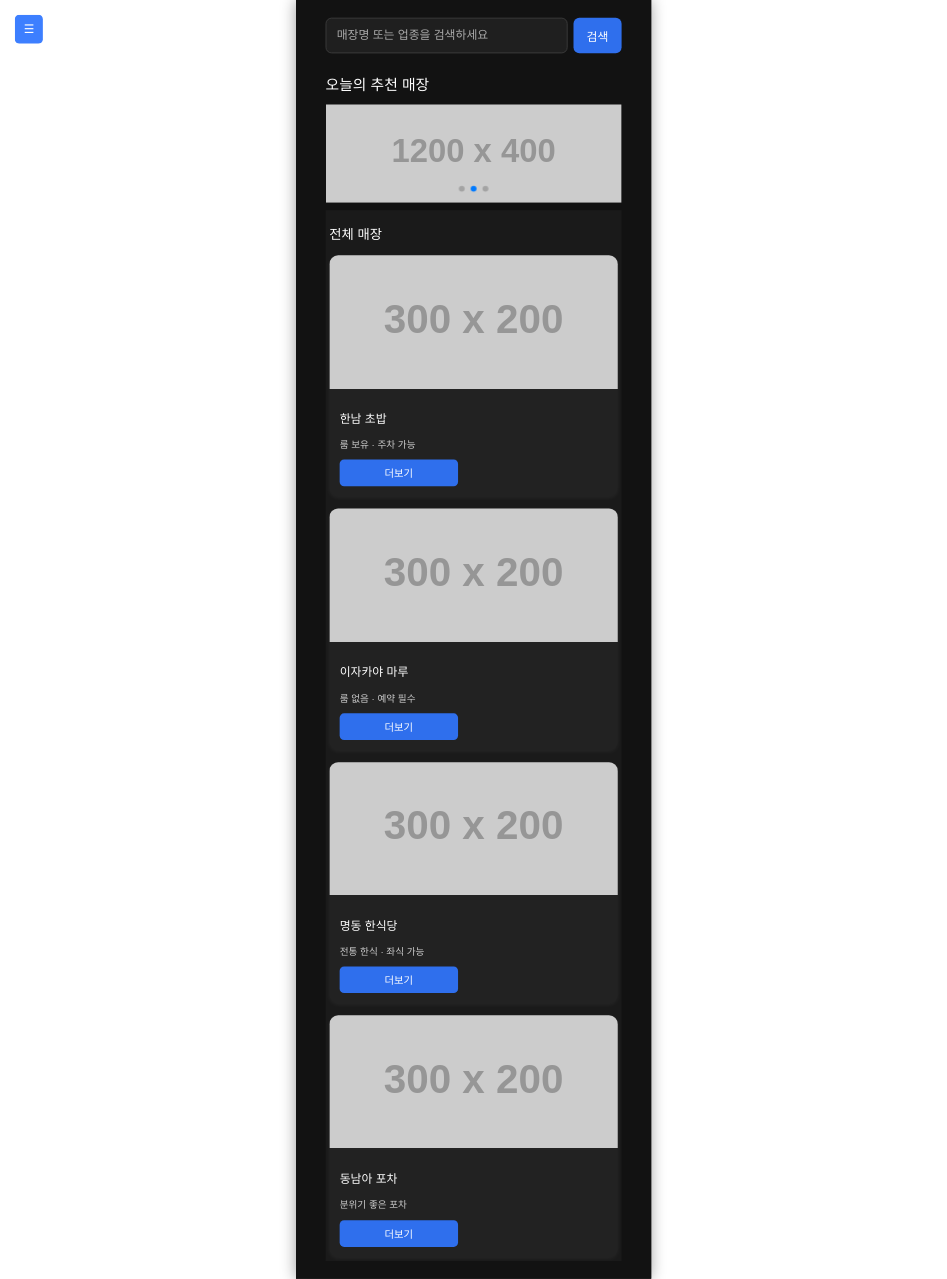
Repository: noiredex/Choplan-API
Page: / (app in choplan/frontend_main/)
The author's editor kept a copy of each file at every save. The page is drawn from the files as they stood at one save, then again after the next save.
The browser window is 1280 px wide. The pictures show the whole page, at 74% of full size.
The project was rebuilt for these pictures with package versions that can differ from the ones it lists, and the page was loaded fresh each time. Also part of the build but not shown: choplan/frontend_main/vite.config.js, choplan/frontend_main/vite.config.ts, choplan/frontend_main/src/styles/StoreDetailPage.css, choplan/frontend_main/src/pages/StoreDetailPage.jsx.

Above is the page before, as saved 2025-10-29 10:31:16.

### choplan/frontend_main/index.html
<!doctype html>
<html lang="en">
  <head>
    <meta charset="UTF-8" />
    <link rel="icon" type="image/svg+xml" href="/vite.svg" />
    <meta name="viewport" content="width=device-width, initial-scale=1.0" />
    <title>frontend_main</title>
  </head>
  <body>
    <div id="root"></div>
    <script type="module" src="/src/main.jsx"></script>
  </body>
</html>

### choplan/frontend_main/src/App.jsx
import { Routes, Route } from "react-router-dom";
import HomePage from "./pages/HomePage";
import StoreDetailPage from "./pages/StoreDetailPage";
import "./App.css";

export default function App() {
  return (
    <Routes>
      <Route path="/" element={<HomePage />} />
      <Route path="/store/:id" element={<StoreDetailPage />} />
    </Routes>
  );
}

### choplan/frontend_main/src/pages/Homepage.jsx
import React, { useState } from "react";
import Sidebar from "../components/common/Sidebar";
import SearchBar from "../components/home/SearchBar";
import BannerSlider from "../components/home/BannerSlider";
import RecommendedStores from "../components/home/RecommendedStores";
import "../styles/HomePage.css";

export default function HomePage() {
  const [selectedCategory, setSelectedCategory] = useState("전체");
  const [searchQuery, setSearchQuery] = useState("");

  return (
    <div className="home-container">
      {/* 사이드바 */}
      <Sidebar
        selectedCategory={selectedCategory}
        onSelectCategory={setSelectedCategory}
        searchQuery={searchQuery}
      />

      {/* 메인 콘텐츠 */}
      <div className="main-content">
        <SearchBar onSearch={setSearchQuery} />

        {/* 추천 배너 */}
        <section className="banner-section">
          <h2>오늘의 추천 매장</h2>
          <BannerSlider />
        </section>

        {/* 매장 목록 */}
        <section className="store-section">
          <RecommendedStores
            category={selectedCategory}
            searchQuery={searchQuery}
          />
        </section>
      </div>
    </div>
  );
}

### choplan/frontend_main/src/App.css
/* ==============================
   App.css — 전역 스타일
   ============================== */

/* 기본 페이지 레이아웃 */
html, body {
  margin: 0;
  padding: 0;
  background-color: #181818; /* Soft Charcoal */
  color: #E0E0E0;
  font-family: 'Noto Sans KR', sans-serif;
  display: flex;
  justify-content: center;
}

/* 전체 앱을 중앙에 고정 (모바일 480px 기준) */
#root {
  width: 100%;
  max-width: 480px;
  min-height: 100vh;
  background-color: #1E1E1E;
  box-shadow: 0 0 20px rgba(0, 0, 0, 0.4);
  overflow-x: hidden;
  position: relative;
}

/* 스크롤바 다크모드 스타일 */
::-webkit-scrollbar {
  width: 6px;
}
::-webkit-scrollbar-track {
  background: #1a1a1a;
}
::-webkit-scrollbar-thumb {
  background: #444;
  border-radius: 4px;
}
::-webkit-scrollbar-thumb:hover {
  background: #555;
}

/* 공통 버튼 스타일 */
button {
  background-color: #3D7FFF;
  color: white;
  border: none;
  border-radius: 8px;
  padding: 10px 16px;
  cursor: pointer;
  transition: background-color 0.2s ease;
}
button:hover {
  background-color: #5596FF;
}

/* 링크 */
a {
  text-decoration: none;
  color: inherit;
}

### choplan/frontend_main/src/components/common/Sidebar.jsx
import React, { useState, useEffect } from "react";
import "../../styles/Sidebar.css";

export default function Sidebar({ selectedCategory, onSelectCategory, searchQuery }) {
  const [isOpen, setIsOpen] = useState(false);

  const categories = [
    "전체",
    "이자카야",
    "초밥",
    "한식",
    "양식",
    "중식",
    "동남아",
    "인도",
    "기타",
  ];

  // 검색어에 따라 자동 카테고리 선택
  useEffect(() => {
    if (searchQuery && searchQuery.trim() !== "") {
      const matched = categories.find((cat) => searchQuery.includes(cat));
      if (matched) onSelectCategory(matched);
    }
  }, [searchQuery]);

  return (
    <>
      {/* 햄버거 버튼 (항상 노출) */}
      <button
        className="sidebar-toggle"
        onClick={() => setIsOpen(!isOpen)}
        aria-label="메뉴 열기"
      >
        ☰
      </button>

      {/* 오버레이 (열릴 때만) */}
      {isOpen && <div className="overlay" onClick={() => setIsOpen(false)}></div>}

      {/* 세로형 사이드바 */}
      <aside className={`sidebar ${isOpen ? "open" : ""}`}>
        <ul className="sidebar-list">
          {categories.map((category, index) => (
            <li
              key={index}
              className={selectedCategory === category ? "active" : ""}
              onClick={() => {
                onSelectCategory(category);
                setIsOpen(false);
              }}
            >
              {category}
            </li>
          ))}
        </ul>
      </aside>
    </>
  );
}

### choplan/frontend_main/src/components/home/SearchBar.jsx
import React, { useState } from "react";
import "../../styles/SearchBar.css";

export default function SearchBar({ onSearch }) {
  const [query, setQuery] = useState("");

  const handleInputChange = (e) => {
    setQuery(e.target.value);
  };

  const handleSearch = (e) => {
    e.preventDefault();
    onSearch(query);
  };

  return (
    <form className="search-bar" onSubmit={handleSearch}>
      <input
        type="text"
        placeholder="매장명 또는 업종을 검색하세요"
        value={query}
        onChange={handleInputChange}
      />
      <button type="submit">검색</button>
    </form>
  );
}

### choplan/frontend_main/src/components/home/BannerSlider.jsx
import React from "react";
import { Swiper, SwiperSlide } from "swiper/react";
import { Autoplay, Pagination } from "swiper/modules";
import "swiper/css";
import "swiper/css/pagination";
import "../../styles/BannerSlider.css";

export default function BannerSlider() {
  const banners = [
    {
      id: 1,
      img: "https://placehold.co/1200x400/007bff/ffffff?text=오늘의+추천매장+1",
      alt: "추천 매장 1",
    },
    {
      id: 2,
      img: "https://placehold.co/1200x400/f07b00/ffffff?text=오늘의+추천매장+2",
      alt: "추천 매장 2",
    },
    {
      id: 3,
      img: "https://placehold.co/1200x400/008c4a/ffffff?text=오늘의+추천매장+3",
      alt: "추천 매장 3",
    },
  ];

  return (
    <div className="banner-slider-container">
      <Swiper
        modules={[Autoplay, Pagination]}
        pagination={{ clickable: true }}
        autoplay={{ delay: 4000, disableOnInteraction: false }}
        loop={true}
        spaceBetween={0}
        slidesPerView={1}
        className="banner-swiper"
      >
        {banners.map((banner) => (
          <SwiperSlide key={banner.id}>
            <img
              src={banner.img}
              alt={banner.alt}
              className="banner-image"
            />
          </SwiperSlide>
        ))}
      </Swiper>
    </div>
  );
}

### choplan/frontend_main/src/components/home/RecommendedStores.jsx
import React, { useEffect, useState } from "react";
import { useNavigate } from "react-router-dom";
import "../../styles/RecommendedStores.css";

export default function RecommendedStores({ category, searchQuery }) {
  const [stores, setStores] = useState([]);
  const navigate = useNavigate(); // 페이지 이동 훅

  // 예시 데이터 (실제 API 연결 시 이 부분 대체)
  const allStores = [
    { id: 1, name: "한남 초밥", category: "초밥", desc: "룸 보유 · 주차 가능", img: "https://placehold.co/300x200" },
    { id: 2, name: "이자카야 마루", category: "이자카야", desc: "룸 없음 · 예약 필수", img: "https://placehold.co/300x200" },
    { id: 3, name: "명동 한식당", category: "한식", desc: "전통 한식 · 좌식 가능", img: "https://placehold.co/300x200" },
    { id: 4, name: "동남아 포차", category: "동남아", desc: "분위기 좋은 포차", img: "https://placehold.co/300x200" },
  ];

  useEffect(() => {
    let filtered = allStores;

    // 검색어 반영
    if (searchQuery) {
      filtered = filtered.filter((store) =>
        store.name.toLowerCase().includes(searchQuery.toLowerCase())
      );
    }

    // 카테고리 반영
    if (category && category !== "전체") {
      filtered = filtered.filter((store) => store.category === category);
    }

    setStores(filtered);
  }, [category, searchQuery]);

  return (
    <div className="recommended-stores">
      <h2>{category ? category : "전체"} 매장</h2>

      <div className="store-grid">
        {stores.length > 0 ? (
          stores.map((store) => (
            <div className="store-card" key={store.id}>
              <img src={store.img} alt={store.name} />
              <div className="store-info">
                <h3>{store.name}</h3>
                <p>{store.desc}</p>
                <button onClick={() => navigate(`/store/${store.id}`)}>더보기</button>
              {/* 더보기 클릭시 /store/매장id 페이지로 이동 */}
              </div>
            </div>
          ))
        ) : (
          <p className="no-results">검색 결과가 없습니다.</p>
        )}
      </div>
    </div>
  );
}

### choplan/frontend_main/src/styles/HomePage.css
/* ===== 기본 구조 ===== */
.home-container {
  display: flex;
  flex-direction: row;
  align-items: stretch;
  justify-content: flex-start;
  width: 100%;
  min-height: 100vh;
  background-color: #121212; /* 다크모드 배경 */
  overflow: hidden;
  box-sizing: border-box;
  color: #f0f0f0;
}

/* ===== 메인 콘텐츠 ===== */
.main-content {
  flex: 1;
  display: flex;
  flex-direction: column;
  justify-content: flex-start;
  align-items: stretch;
  padding: 24px 40px;
  overflow-y: auto;
  transition: all 0.3s ease;
}

/* ===== 검색바 ===== */
.search-bar {
  margin-bottom: 10px; /* 기존보다 10px 줄임 */
}

/* ===== 베너 섹션 ===== */
.benner-section {
  text-align: center;
  margin-top: 10px; /* 기존보다 10px 줄임 */
  margin-bottom: 20px; /* 아래 ‘전체매장’ 간격 줄임 */
  display: flex;
  flex-direction: column;
  align-items: center;
}

.banner-section h2 {
  font-size: 20px; /* 기존 24px → 20px */
  font-weight: 700;
  color: #ffffff;
  margin-bottom: 12px;
}

.banner-section .swiper-container {
  width: 100%;
  max-width: 1200px;
  aspect-ratio: 16 / 9;
  border-radius: 12px;
  overflow: hidden;
  object-fit: cover;
  height: auto !important;
  flex-shrink: 0;
}

.banner-section .swiper-slide img {
  width: 100%;
  height: 100%;
  object-fit: cover;
  display: block;
}

/* ===== 추천 매장 섹션 ===== */
.store-section {
  width: 100%;
  margin-top: 10px; /* 기존보다 10px 줄임 */
  flex-grow: 1;
}

/* 반응형 대응 */
@media (max-width: 1024px) {
  .banner-section h2 {
    font-size: 18px;
  }
}

### choplan/frontend_main/src/styles/Sidebar.css
/* ==============================
   Sidebar.css — 카테고리 & 햄버거 버튼
   ============================== */

/* ===== 사이드바 전체 ===== */
.sidebar {
  position: fixed;
  top: 0;
  left: 0;
  width: 220px;
  height: 100%;
  background: #202020; /* Soft Charcoal */
  border-right: 1px solid #2c2c2c;
  overflow-y: auto;
  transform: translateX(-100%);
  transition: transform 0.3s ease-in-out;
  z-index: 1000;
}

/* 열렸을 때 */
.sidebar.open {
  transform: translateX(0);
}

/* ===== 햄버거 버튼 ===== */
.sidebar-toggle {
  position: fixed;
  top: 20px;
  left: 20px;
  z-index: 1100;
  background: #3D7FFF;
  color: white;
  border: none;
  border-radius: 6px;
  padding: 10px 12px;
  font-size: 16px;
  cursor: pointer;
  transition: background 0.2s ease;
}

.sidebar-toggle:hover {
  background: #5596FF;
}

/* ===== 카테고리 리스트 ===== */
.sidebar-list {
  list-style: none;
  margin: 70px 0 0 0; /* 버튼 아래쪽 여백 확보 */
  padding: 0;
  display: flex;
  flex-direction: column;
}

.sidebar-list li {
  padding: 14px 18px;
  color: #E0E0E0;
  font-size: 15px;
  cursor: pointer;
  border-bottom: 1px solid #2b2b2b;
  transition: all 0.2s ease;
}

.sidebar-list li:hover {
  background-color: #2a2a2a;
}

.sidebar-list li.active {
  background-color: #3D7FFF;
  color: #fff;
  font-weight: 600;
}

/* “전체” 항목 상단 고정 */
.sidebar-list li:first-child {
  position: sticky;
  top: 0;
  background: #202020;
  z-index: 3;
  font-weight: bold;
  border-bottom: 1px solid #2c2c2c;
}

/* ===== 스크롤바 ===== */
.sidebar-list::-webkit-scrollbar {
  width: 6px;
}
.sidebar-list::-webkit-scrollbar-thumb {
  background: #333;
  border-radius: 3px;
}
.sidebar-list::-webkit-scrollbar-thumb:hover {
  background: #444;
}

/* ===== 반응형 ===== */
@media (max-width: 1024px) {
  .sidebar {
    width: 220px;
  }
}

@media (max-width: 600px) {
  .sidebar {
    width: 200px;
  }

  .sidebar-list li {
    font-size: 14px;
    padding: 12px 14px;
  }

  .sidebar-toggle {
    padding: 8px 10px;
    font-size: 14px;
    top: 15px;
    left: 15px;
  }
}

### choplan/frontend_main/src/styles/SearchBar.css
.search-bar {
  display: flex;
  align-items: center; /* 세로 중앙 정렬 */
  justify-content: center;
  width: 100%;
  max-width: 600px;
  margin: 0 auto;
}

.search-bar input {
  flex: 1;
  height: 48px; /* 버튼과 동일 높이 */
  padding: 0 14px;
  border: 1px solid #444;
  border-radius: 8px;
  background-color: #1f1f1f;
  color: #f0f0f0;
  font-size: 16px;
  outline: none;
  box-sizing: border-box;
}

.search-bar input::placeholder {
  color: #aaa;
}

.search-bar button {
  height: 48px; /* input과 완전 동일 높이 */
  padding: 0 18px;
  border: none;
  background-color: #2f6fed;
  color: white;
  font-size: 16px;
  border-radius: 8px;
  margin-left: 8px; /* input과의 간격 */
  cursor: pointer;
  transition: background-color 0.2s ease;
}

.search-bar button:hover {
  background-color: #1d56c4;
}

### choplan/frontend_main/src/styles/BannerSlider.css
/* ==============================
   BannerSlider.css — 자동 슬라이드 배너
   ============================== */

/* ===== 배너 전체 ===== */
.banner-slider {
  position: relative;
  width: 100%;
  max-width: 440px;
  margin: 0 auto;
  border-radius: 12px;
  overflow: hidden;
  background-color: #2A2A2A;
  box-shadow: 0 4px 10px rgba(0, 0, 0, 0.3);
}

/* ===== 슬라이드 이미지 ===== */
.banner-slide {
  width: 100%;
  aspect-ratio: 16 / 9;
  display: flex;
  align-items: center;
  justify-content: center;
  background-color: #1E1E1E;
}

.banner-slide img {
  width: 100%;
  height: 100%;
  object-fit: cover;
  display: block;
}

/* ===== 인디케이터 점 ===== */
.banner-indicators {
  position: absolute;
  bottom: 12px;
  left: 50%;
  transform: translateX(-50%);
  display: flex;
  gap: 6px;
  z-index: 10;
}

.indicator {
  width: 8px;
  height: 8px;
  background-color: rgba(255, 255, 255, 0.4);
  border-radius: 50%;
  cursor: pointer;
  transition: background-color 0.3s;
}

.indicator.active {
  background-color: #3D7FFF;
}

/* ===== 슬라이드 전환 효과 ===== */
.swiper-slide {
  transition: transform 0.6s ease-in-out;
}

/* ===== 반응형 ===== */
@media (min-width: 1025px) {
  body {
    display: flex;
    justify-content: center;
    background-color: #181818;
  }

  #root {
    width: 480px;
  }

  .banner-slider {
    max-width: 480px;
  }
}

@media (max-width: 600px) {
  .banner-slider {
    max-width: 95%;
  }

  .banner-indicators {
    bottom: 8px;
  }

  .indicator {
    width: 7px;
    height: 7px;
  }
}

### choplan/frontend_main/src/styles/RecommendedStores.css
/* ===== 컨테이너 ===== */
.recommended-stores {
  padding: 5px;
  background: #1a1a1a;
}

/* ===== 섹션 제목 ===== */
.recommended-stores h2 {
  font-size: 18px; /* ‘오늘의 추천 매장’과 동일한 크기 */
  margin-bottom: 14px;
  font-weight: 600;
  color: #ffffff;
}

/* ===== 매장 카드 그리드 ===== */
.store-grid {
  display: grid;
  gap: 16px;
  width: 100%;
  max-width: 1200px;
  margin: 0 auto;
  grid-template-columns: repeat(auto-fit, minmax(280px, 1fr));
  transition: all 0.3s ease;
}

/* ===== 매장 카드 ===== */
.store-card {
  background: #222;
  border-radius: 12px;
  overflow: hidden;
  box-shadow: 0 2px 6px rgba(255, 255, 255, 0.05);
  display: flex;
  flex-direction: column;
  transition: transform 0.2s ease;
}

.store-card:hover {
  transform: translateY(-3px);
}

.store-card img {
  width: 100%;
  height: 180px;
  object-fit: cover;
}

.store-info {
  padding: 14px;
}

.store-info h3 {
  font-size: 16px;
  margin-bottom: 6px;
  color: #fff;
}

.store-info p {
  font-size: 13px;
  color: #ccc;
  margin-bottom: 10px;
}

.store-info button {
  width: 100%;
  max-width: 160px;
  padding: 8px 0;
  border: none;
  background-color: #2f6fed;
  color: white;
  font-size: 14px;
  border-radius: 6px;
  cursor: pointer;
  transition: background-color 0.2s ease;
}

.store-info button:hover {
  background-color: #1d56c4;
}

Loaded but not shown: choplan/frontend_main/src/main.jsx (common file); choplan/frontend_main/src/index.css (common file)

After the next save:
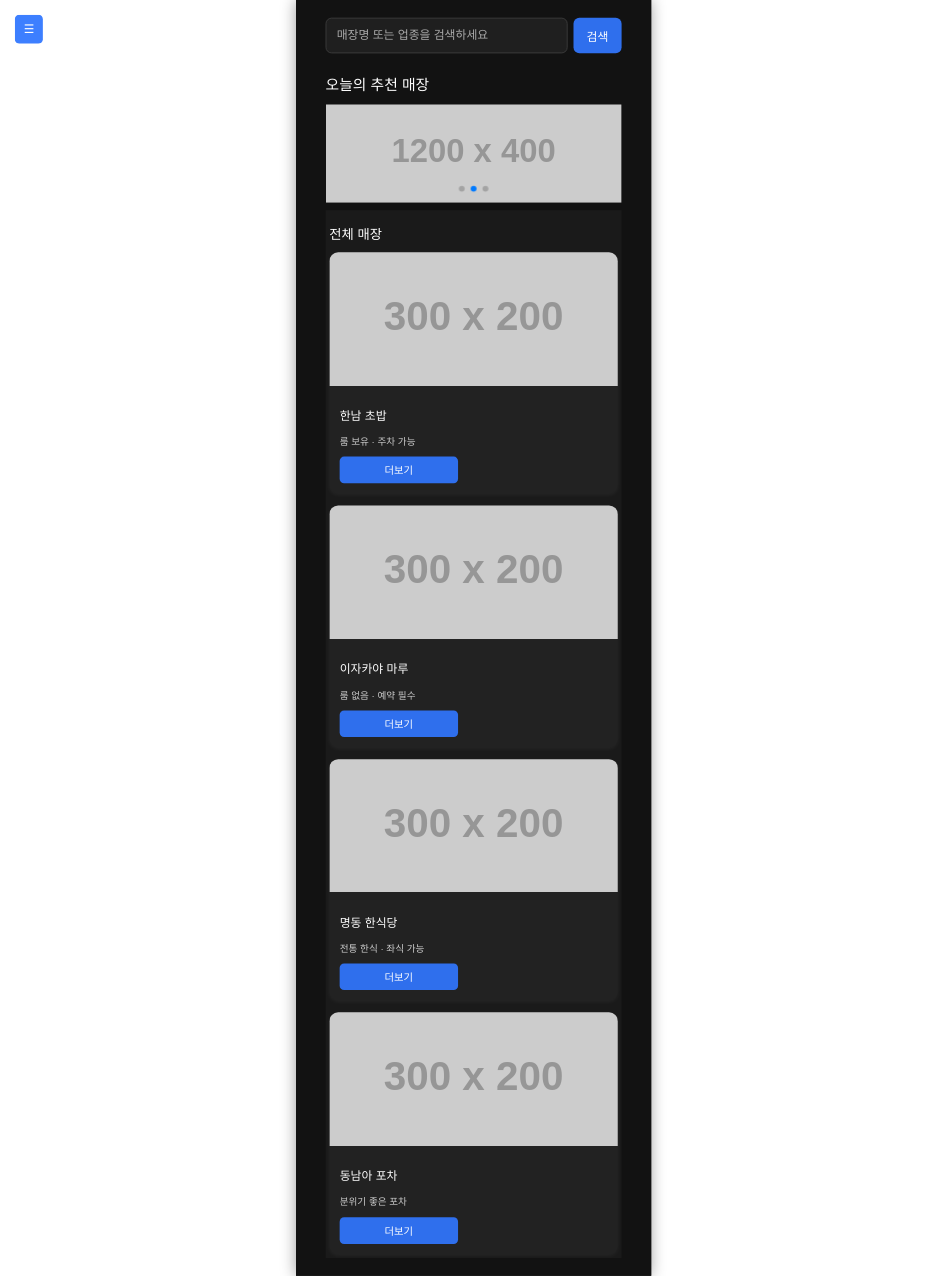
Saved 6 s later.
--- a/choplan/frontend_main/src/styles/RecommendedStores.css
+++ b/choplan/frontend_main/src/styles/RecommendedStores.css
@@ -7,7 +7,7 @@
 /* ===== 섹션 제목 ===== */
 .recommended-stores h2 {
   font-size: 18px; /* ‘오늘의 추천 매장’과 동일한 크기 */
-  margin-bottom: 14px;
+  margin-bottom: 10px;
   font-weight: 600;
   color: #ffffff;
 }
